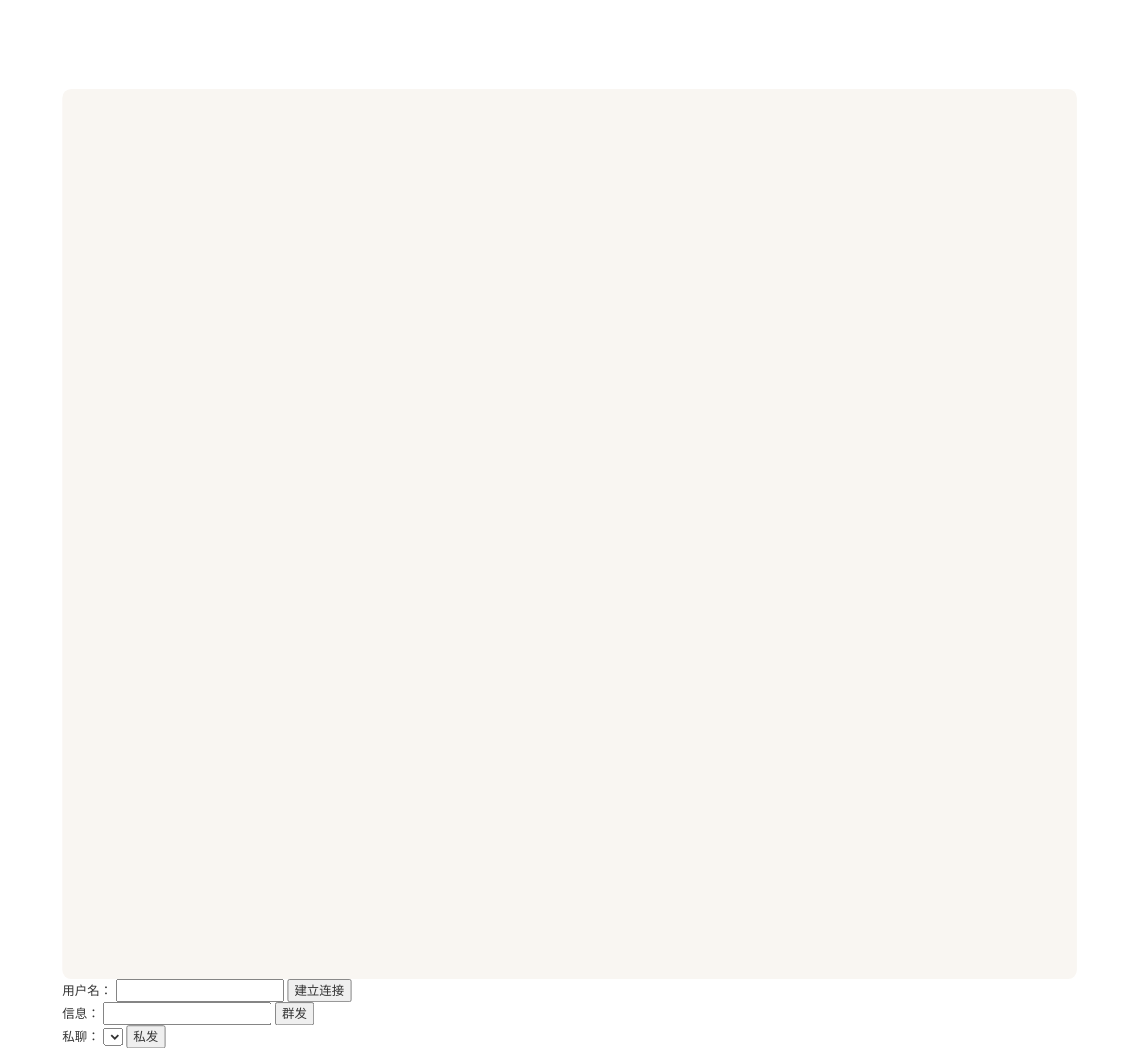
Repository: eheihaha2/whoisthespy-
Page: webDemo/WebContent/room.html
These files come from the project's save history. The page is drawn as it stood at one moment and after the next save; the edit follows.
The browser window is 1280 px wide. The pictures show the whole page, at 89% of full size.

Above is the page before, as saved 2020-02-26 01:37:32.

### webDemo/WebContent/room.html
<!DOCTYPE html>
<html>
<head>
	<script type="text/javascript" src="js/jquery-1.11.0.min.js"></script>
<script type="text/javascript" src="js/bootstrap.js"></script>
<link rel="stylesheet" href="css/bootstrap.css">
<style type="text/css">
	.show{
			margin-right:0;
			background-color:#f9f6f2;
			height: 1000px;
			margin-top:100px;
			border-radius: 10px;
		}
}
</style>
	<title></title>
</head>
<body>
	<div class="container">
	<div class="col-md-12 	col-sm-12 show">
      <h4 class="userinfo"></h4>
     </div>
	<span>用户名：</span>
      <input type="text" name="username"/>
      <button id="connBtn">建立连接</button><br />
	<span>信息：</span>
      <input type="text" name="info"/>
      <button id="subBtnAll">群发</button><br />
	<span>私聊：</span>
      <select id="userList">
	</select>
	<button id="subBtn">私发</button>

	<div class="info">
		<span class="name"></span>
		<span class="msg"></span>
	</div>
	</div>
</body>
<script type="text/javascript">
	var ws=null;
	var username=null;
	var url="ws://localhost:8080/webDemo/chatRoom/";
		// 后续的消息添加都是用其做二次克隆
      	var info = $(".info").clone();
		//点击建立连接的按钮
      	$("#connBtn").on("click",function(){
      		if("WebSocket" in window){
      			username = $("input[name='username']").val();
      			ws = new WebSocket(url+username);
      			//有了webSocket连接对象之后，我就开始监听消息
      			//服务器端的所有消息都会来到这
      			ws.onmessage = function(evt){
      				var received_msg = evt.data;
      				var jsonReceive_msg = JSON.parse(received_msg);
      				var head = jsonReceive_msg.head;//获得服务器数据，解析数据获得数据类型
      				var data =jsonReceive_msg.data;//真正的data所在
      				switch (head) {
      					case "sendAll":
      					sendAll(data);
      						break;
      					case "sendTo":
      					sendTo(data);
      						break;
      					case "onLine":
      					onLine(data);
      						break;
      					case "userList":
      					userList(data);
      						break;
      					default:
      						break;
      				}
      			}
      		}else{
      			alert("您的浏览器不支持 WebSocket!");
      		}
      	})

      	//细节定义每种功能的数据接口
      	//构建JSON格式发送给服务器：{from:来自谁,msg:消息本身}
      	function sendAll(data){
      		var infoDiv = info.clone();//这个就是我要渲染的dom节点
      		//用于把从服务器端获得的JSON字符串的data解析为原生JS值
      		//var jsonData=JSON.parse(data);
      		infoDiv.find(".name").text("来自于："+data.from+"(群发)");
      		infoDiv.find(".msg").text(data.msg);
      		$(".info").parent().append(infoDiv);
      	}
      	// 构建JSON格式发送给服务器：{from:来自谁,msg:消息本身}
      	function sendTo(data){
      		var infoDiv = info.clone();//这个就是我要渲染的dom节点
      		infoDiv.find(".name").text("来自于："+data.from+"(私发)");
      		infoDiv.find(".msg").text(data.msg);
      		$(".info").parent().append(infoDiv);
      	}
      	// 构建JSON格式发送给服务器：{name:上线人姓名}
      	function onLine(data){
      	//$(".userinfo").empty();
      	console.log(data);
      	$(".userinfo").append("【"+data.name+"上线了】");
      	}
      	// 构建JSON格式发送给服务器：[用户1,用户2]
      	function userList(data){
      		$("#userList").empty();
      		var jsonData=JSON.parse(data);
      		$("#userList").append("<option>请选择</option>");
      		$.each(jsonData,function(index,item){
      			$("#userList").append("<option value="+item+">"+item+"</option>");
      		})
      	}

      	//点击群发按钮
      	$("#subBtnAll").on("click",function(){
      		//var sentName = $("input[name='username']").val();
      		var msg = $("input[name='info']").val();
      		console.log(msg);
      		var jsonMsg={
      			"head":"sendAll",
      			"data":msg
      			//"from":sentName,
      			//"msg":msg
      		}
      		console.log(jsonMsg);
      		//var subAllEnd =JSON.stringify(jsonMsg);
      		ws.send(JSON.stringify(jsonMsg));
      	})
      	//点击私发按钮
      	$("#subBtn").on("click",function(){
      		var msg=$("input[name=info]").val();
      		var toUser=$("#userList").val();
      		console.log(toUser);
      		var jsonMsg={
      			"head":"sendTo",
      			"data":{
      				"to":toUser,
      				"msg":msg
      			}
      		}
      		console.log(jsonMsg);
      		ws.send(JSON.stringify(jsonMsg));
      	})
</script>
</html>

Loaded but not shown: webDemo/WebContent/js/jquery-1.11.0.min.js (library); webDemo/WebContent/js/bootstrap.js (library); webDemo/WebContent/css/bootstrap.css (library)

After the next save:
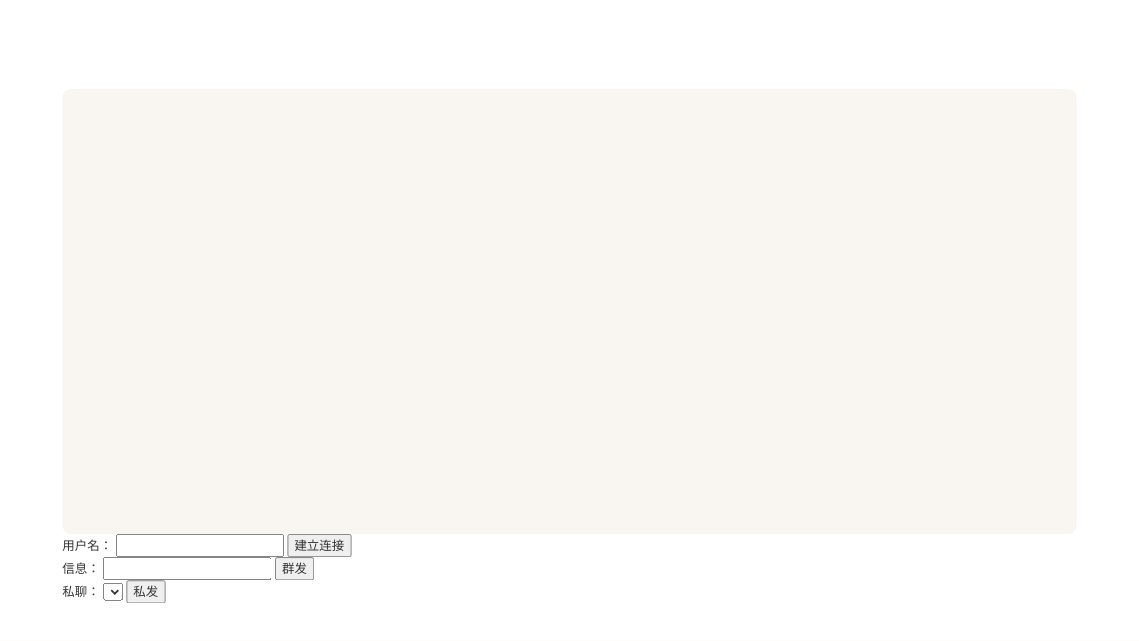
Saved 23 s later.
--- a/webDemo/WebContent/room.html
+++ b/webDemo/WebContent/room.html
@@ -8,7 +8,7 @@
 	.show{
 			margin-right:0;
 			background-color:#f9f6f2;
-			height: 1000px;
+			height: 500px;
 			margin-top:100px;
 			border-radius: 10px;
 		}
